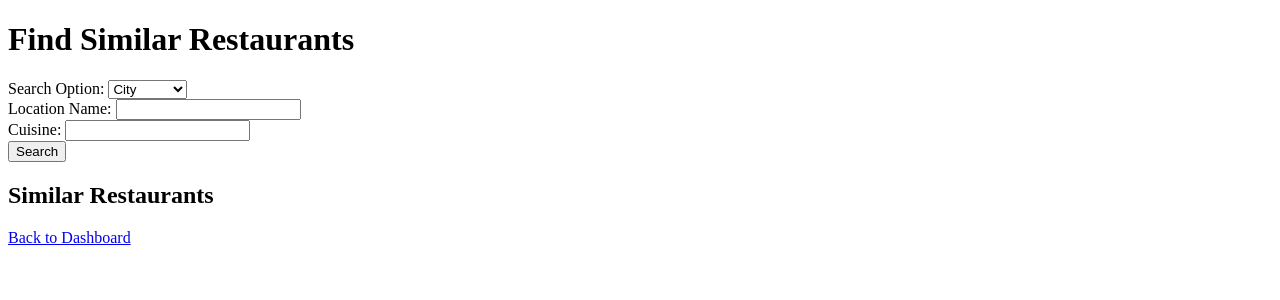
Repository: jahnavi320/Eatinery_ADT
Page: templates/restaurants.html
An editor plug-in stored every save of this project. The page is shown before and after the next save, followed by the edit.
The browser window is 1280 px wide. The pictures show the whole page.
The page is served by the project's application, run on Flask 3 (app.py). The template is opened directly, without the code that normally fills it, so the values that code supplies are empty.

Above is the page before, as saved 2023-12-04 17:23:39.

### templates/restaurants.html
<!--<!DOCTYPE html>
<html lang="en">
<head>
    <meta charset="UTF-8">
    <meta name="viewport" content="width=device-width, initial-scale=1.0">
    <title>Restaurants</title>
    <style>
        form {
            text-align: center;
        }

        button {
            width: 30px;
            height: 30px;
            border: 2px solid #3498db;
            border-radius: 50%;
            background-color: transparent;
            color: #3498db;
            font-size: 14px;
            margin: 5px;
            cursor: pointer;
        }
    </style>
</head>
<body>
    <h1>Explore Restaurants</h1>
    <form method="post" action="{{ url_for('restaurants') }}">
        <label for="location_name">Location Name:</label>
        <input type="text" id="location_name" name="location_name" required>
        <br>
        <label for="cuisine">Cuisine:</label>
        <input type="text" id="cuisine" name="cuisine" required>
        <br>
        <input type="submit" value="Explore">

        <button type="submit" name="button" value="City">C</button>
        <button type="submit" name="button" value="Attraction">A</button>
        <button type="submit" name="button" value="Zipcode">Z</button>
    </form>
    <h2>Similar Restaurants:</h2>
    <ul>
        {% for restaurant in similar_restaurants %}
            <li>{{ restaurant.location_name }}</li>
        {% endfor %}
    </ul>
</body>
</html> -->
<!DOCTYPE html>
<html lang="en">
<head>
    <meta charset="UTF-8">
    <meta name="viewport" content="width=device-width, initial-scale=1.0">
    <title>Restaurants</title>
</head>
<body>
    <h1>Find Similar Restaurants</h1>
    <form method="post" action="{{ url_for('restaurants') }}">
        <label for="search_option">Search Option:</label>
        <select id="search_option" name="search_option" required>
            <option value="city">City</option>
            <option value="attraction">Attraction</option>
            <option value="zipcode">Zipcode</option>
        </select>
        <br>
        <label for="location_name">Location Name:</label>
        <input type="text" id="location_name" name="location_name" required>
        <br>
        <label for="cuisine">Cuisine:</label>
        <input type="text" id="cuisine" name="cuisine" required>
        <br>
        <input type="submit" value="Search">
    </form>

    {% if selected_option %}
        <p>Selected Search Option: {{ selected_option }}</p>
    {% endif %}

    <h2>Similar Restaurants</h2>
    <ul>
        {% for restaurant in similar_restaurants %}
            <li>{{ restaurant.restaurant_name }}</li>
        {% endfor %}
    </ul>
    <a href="{{ url_for('dashboard') }}">Back to Dashboard</a>
</body>
</html>

### app.py
from flask import Flask, render_template, request, redirect, url_for, session, flash
from neo4j import GraphDatabase

app = Flask(__name__, static_folder='static')
app.secret_key = 'qRt9pL2sF7gY3wX8zA6c'

NEO4J_URI = "bolt://localhost:7687"
NEO4J_USER = "neo4j"
NEO4J_PASSWORD = "Vaibhav@123"

class Neo4jDB:
    def __init__(self, uri, user, password):
        self._uri = uri
        self._user = user
        self._password = password
        self._driver = GraphDatabase.driver(self._uri, auth=(self._user, self._password))

    def close(self):
        self._driver.close()

    def create_user(self, username, password):
        with self._driver.session() as session:
            session.execute_write(self._create_user, username, password)

    def _create_user(self, tx, username, password):
        query = "CREATE (u:User {username: $username, password: $password})"
        tx.run(query, username=username, password=password)

    def get_user(self, username):
        with self._driver.session() as session:
            return session.execute_read(self._get_user, username)

    def _get_user(self, tx, username):
        query = "MATCH (u:User {username: $username}) RETURN u"
        result = tx.run(query, username=username)
        return result.single()

    def create_itinerary(self, username, location):
        with self._driver.session() as session:
            session.execute_write(self._create_itinerary, username, location)

    def _create_itinerary(self, tx, username, location):
        query = (
            "MATCH (u:User {username: $username})"
            "MERGE (l:Location {location: $location})"
            "MERGE (u)-[:HAS_ITINERARY]->(l)"
        )
        tx.run(query, username=username, location=location)

    def get_similar_locations(self, zipcode):
        with self._driver.session() as session:
            return session.execute_read(self._get_similar_locations, zipcode)

    def _get_similar_locations(self, tx, zipcode):
        query = (
            "MATCH (l1:Location {zipcode: $zipcode})-[:IS_NEIGHBOR_OF]->(l2:Location)"
            "RETURN l2.location as similar_location"
        )
        result = tx.run(query, zipcode=zipcode)
        return result.data()

    def get_user_past_itineraries(self, username):
        with self._driver.session() as session:
            return session.execute_read(self._get_user_past_itineraries, username)

    def _get_user_past_itineraries(self, tx, username):
        query = (
            "MATCH (u:User {username: $username})"
            "MATCH (u)-[:HAS_ITINERARY]->(l:Location)"
            "RETURN l.location as location, ID(l) as location_id"
        )
        result = tx.run(query, username=username)
        return result.data()

    def get_similar_restaurants(self, location_name, cuisine):
        with self._driver.session() as session:
            return session.execute_read(self._get_similar_restaurants, location_name, cuisine)

    def _get_similar_restaurants(self, tx, location_name, cuisine):
        query = (
            "MATCH (l:Location {location_name: $location_name})"
            "-[:HAS_CUISINE]->(c:Cuisine {cuisine: $cuisine})"
            "<-[:HAS_CUISINE]-(similar:Restaurant)"
            "RETURN DISTINCT similar.location_name as location_name"
        )
        result = tx.run(query, location_name=location_name, cuisine=cuisine)
        return result.data()

neo4j_db = Neo4jDB(NEO4J_URI, NEO4J_USER, NEO4J_PASSWORD)


@app.route('/')
def index():
    return render_template('login.html')

@app.route('/login', methods=['POST'])
def login():
    username = request.form['username']
    password = request.form['password']
    user = neo4j_db.get_user(username)

    if user and user['u']['password'] == password:
        session['username'] = username
        return redirect(url_for('dashboard'))
    else:
        return 'Invalid login credentials'

@app.route('/signup', methods=['POST'])
def signup():
    username = request.form['fullname']
    password = request.form['password']
    neo4j_db.create_user(username, password)
    return redirect(url_for('dashboard'))

@app.route('/dashboard')
def dashboard():
    if 'username' in session:
        return render_template('dashboard.html')
    else:
        return redirect(url_for('index'))
# @app.route('/dashboard')
# def dashboard():
#     name = session.get('fullname')
#     print(name)
#     if 'username' in session:
#         user = neo4j_db.get_user(name)
#         return render_template('dashboard.html', user=user)  # Pass the 'user' variable to the template
#     else:
#         flash('Please log in to access the dashboard.', 'error')
#         return redirect(url_for('index'))


@app.route('/new_itinerary', methods=['GET', 'POST'])
def new_itinerary():
    username = session.get('username')

    if not username:
        flash('Please log in to create a new itinerary.', 'error')
        return redirect(url_for('index'))

    if request.method == 'POST':
        location = request.form['location']

        neo4j_db.create_itinerary(username, location)
        similar_locations = neo4j_db.get_similar_locations(location)

        return render_template('results.html', results=similar_locations, category='Locations')

    return render_template('new_itinerary.html')
@app.route('/past_itineraries')
def past_itineraries():
    username = session.get('username')

    if not username:
        flash('Please log in to access past itineraries.', 'error')
        return redirect(url_for('index'))

    past_itineraries = neo4j_db.get_user_past_itineraries(username)
    return render_template('past_itineraries.html', past_itineraries=past_itineraries)

@app.route('/restaurants', methods=['GET', 'POST'])
def restaurants():
    username = session.get('username')
    selected_option = None


    if not username:
        flash('Please log in to access restaurant recommendations.', 'error')
        return redirect(url_for('index'))

    # if request.method == 'POST':
    #     location_name = request.form['location_name']
    #     cuisine = request.form['cuisine']

    if request.method == 'POST':
        location_name = request.form['location_name']
        cuisine = request.form['cuisine']
        selected_option = request.form['search_option']

        print(selected_option)
        # Call the Neo4j function to get similar restaurants
        similar_restaurants = neo4j_db.get_similar_restaurants(location_name, cuisine)

        return render_template('restaurants.html', similar_restaurants=similar_restaurants)

    return render_template('restaurants.html', similar_restaurants=[])




if __name__ == '__main__':
    app.run(debug=True, port=5001)

After the next save:
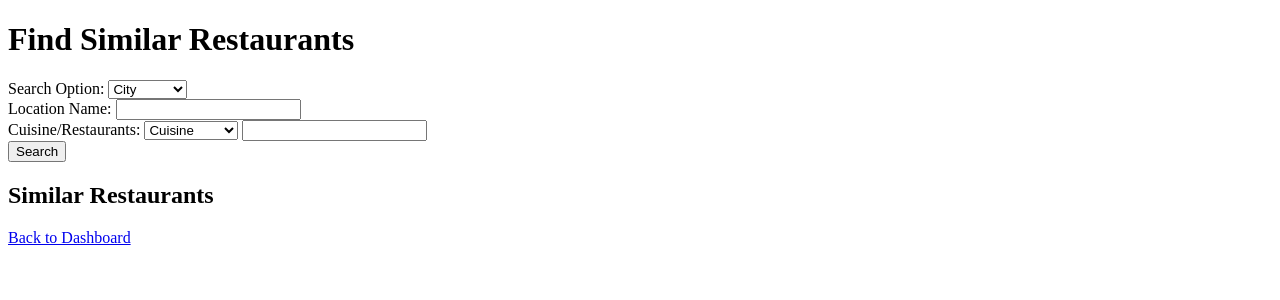
Saved 14 min 37 s later.
--- a/templates/restaurants.html
+++ b/templates/restaurants.html
@@ -65,7 +65,12 @@
         <label for="location_name">Location Name:</label>
         <input type="text" id="location_name" name="location_name" required>
         <br>
-        <label for="cuisine">Cuisine:</label>
+        <label for="cuisine">Cuisine/Restaurants:</label>
+        <select id="search_CR" name="search_CR" required>
+            <option value="cuisine">Cuisine</option>
+            <option value="restaurants">Restaurants</option>
+
+        </select>
         <input type="text" id="cuisine" name="cuisine" required>
         <br>
         <input type="submit" value="Search">
